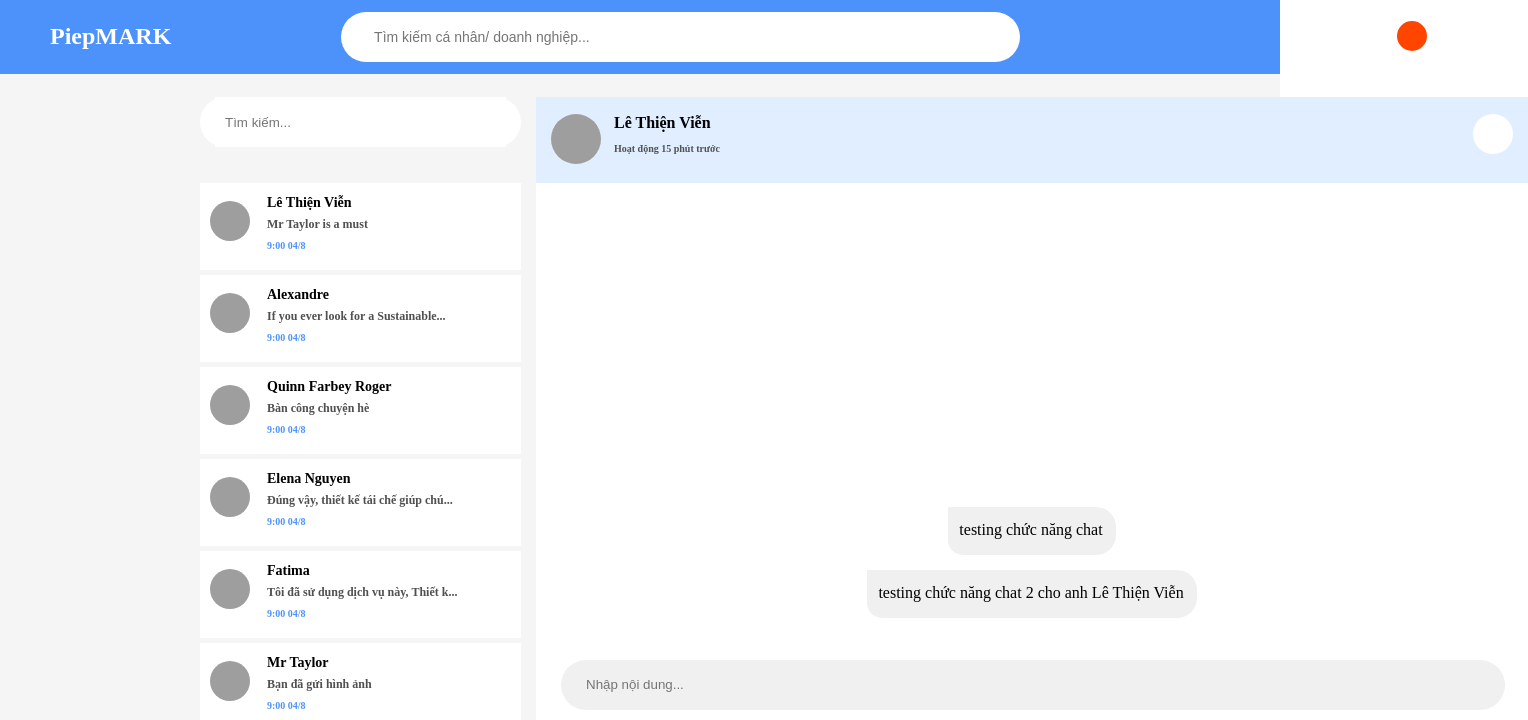
Repository: Jackietruong2805/th-c-t-p
Page: /chatbox/1 (app in vue-laravel-boilerplate/)
These files come from the project's save history. The page is drawn as it stood at one moment and after the next save; the edit follows.
The browser window is 1280 px wide. The page is 1528 px wide, so the pictures cover 1528 px, including what lies to the right of the window. The pictures show the whole page.
Pictures or frames that could not be fetched are drawn as grey boxes. The project was rebuilt for these pictures with package versions that can differ from the ones it lists, and the page was loaded fresh each time. Also part of the build but not shown: vue-laravel-boilerplate/vite.config.ts, vue-laravel-boilerplate/src/components/DemoComponent.vue.

Above is the page before, as saved 2022-08-26 17:23:50.

After the next save:
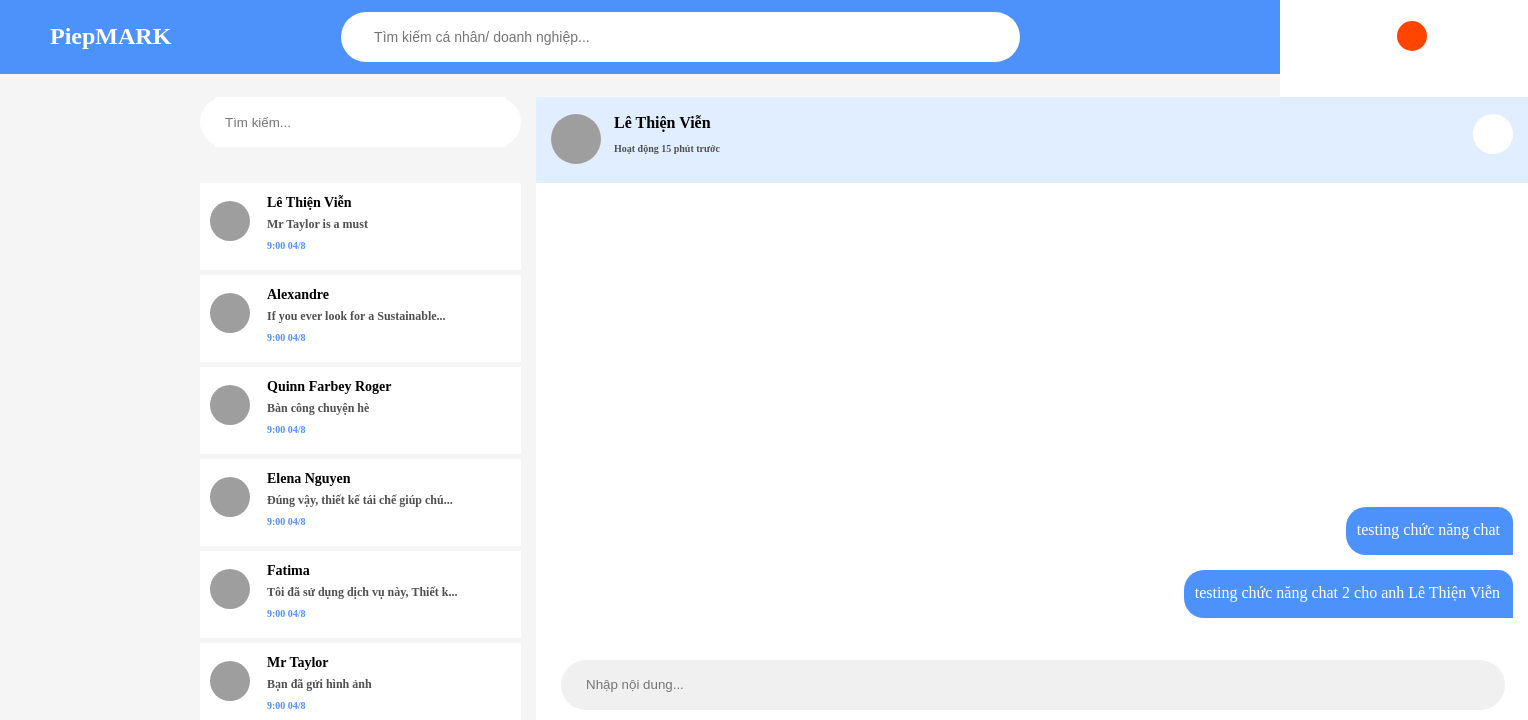
Saved 37 s later.
--- a/vue-laravel-boilerplate/src/components/ChatMessage.vue
+++ b/vue-laravel-boilerplate/src/components/ChatMessage.vue
@@ -1,7 +1,7 @@
 <template>
   <div
     ref="checkColor"
-    class="message-content2"
+    class="message-content"
     :class="{ 'message-content': true }"
   >
     {{ message }}
